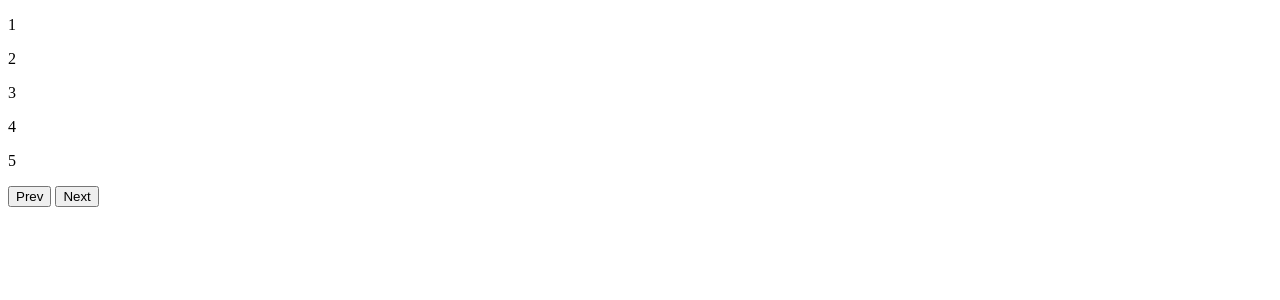
Repository: quswjdals1/highjava
Page: webTest/src/main/webapp/basic/fileupload/test.html
These files come from the project's save history. The page is drawn as it stood at one moment and after the next save; the edit follows.
The browser window is 1280 px wide. The pictures show the whole page.

Above is the page before, as saved 2023-04-04 01:45:46.

After the next save:
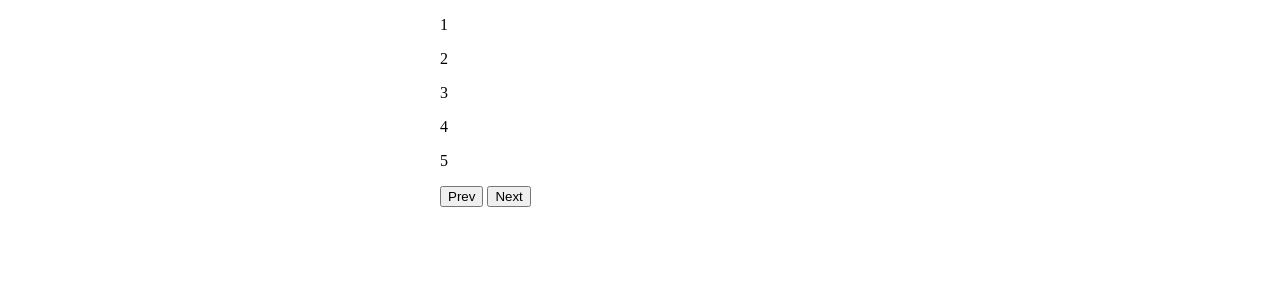
Saved 2 min 41 s later.
--- a/webTest/src/main/webapp/basic/fileupload/test.html
+++ b/webTest/src/main/webapp/basic/fileupload/test.html
@@ -3,6 +3,10 @@
 <head>
 <meta charset="UTF-8">
 <title>Insert title here</title>
+<style type="text/css">
+.slide_wrap { position: relative; width: 400px; margin: auto; padding-bottom: 30px;
+</style>
+
 </head>
 <body>
 
